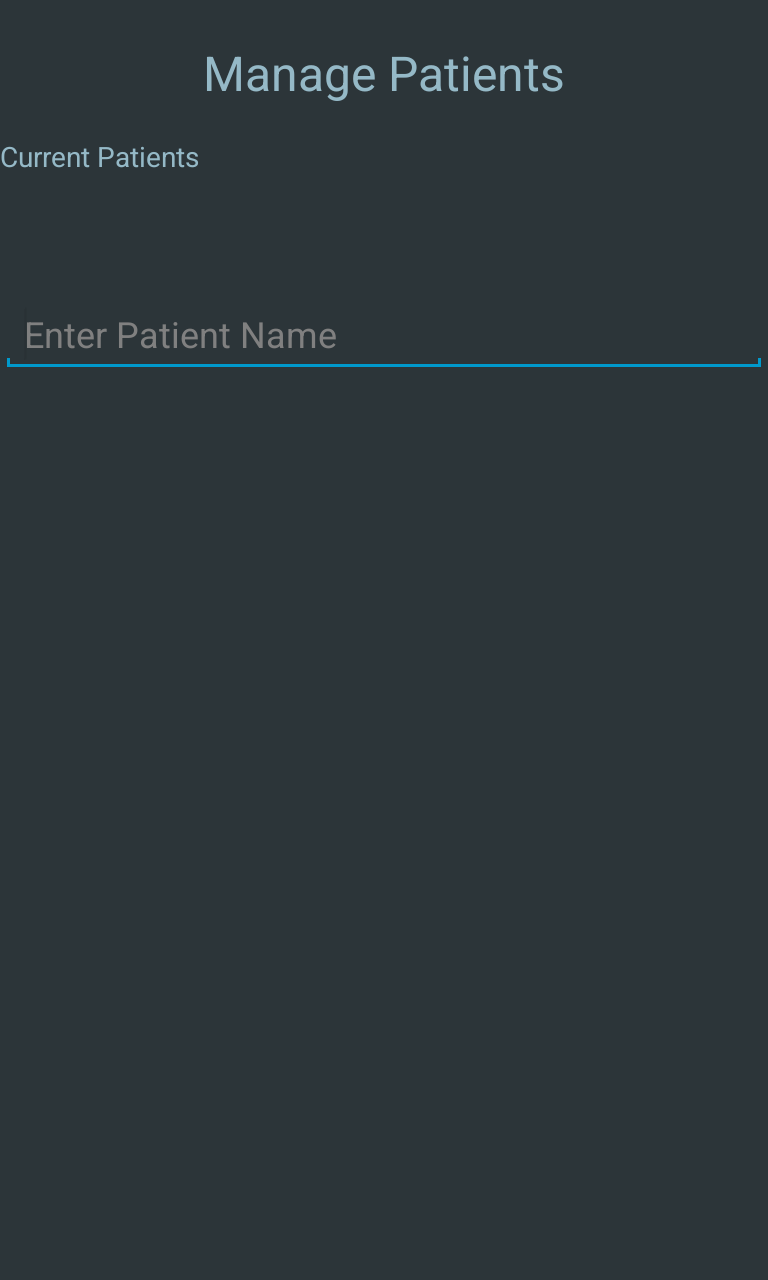
Repository: davidwiggy/MyWeek
Layout: MyWeek/res/layout/manage_clients.xml
These files come from the project's save history. The layout is drawn as it stood at one moment and after the next save; the edit follows.
It is drawn on a 768 x 1280 px phone screen (xhdpi) without system bars, with theme AppTheme; the app's code is not run. Lists and similar views that code fills are empty.

Above is the layout before, as saved 2013-10-29 01:43:01.

### MyWeek/res/layout/manage_clients.xml
<?xml version="1.0" encoding="utf-8"?>
<RelativeLayout xmlns:android="http://schemas.android.com/apk/res/android"
    android:layout_width="match_parent"
    android:layout_height="match_parent"
    android:background="@color/Gunmetal">

        <TextView
            android:id="@+id/manageClientsTitle"
            android:layout_width="wrap_content"
            android:layout_height="wrap_content"
            android:layout_alignParentTop="true"
            android:layout_centerHorizontal="true"
            android:layout_marginTop="20dp"
            android:textColor="@color/BabyBlue"
            android:textSize="24sp"
	        android:text="Manage Patients" />

       <TextView
           android:id="@+id/txtlblCurrentPatients"
           android:layout_width="wrap_content"
           android:layout_height="wrap_content"
           android:layout_below="@+id/manageClientsTitle"
           android:layout_marginTop="16dp"
           android:text="Current Patients"
           android:textColor="@color/BabyBlue" />
      <LinearLayout
          android:id="@+id/listViewHolderManageClients"
          android:layout_below="@id/txtlblCurrentPatients"
          android:layout_width="match_parent"
          android:layout_height="60dip">

	      <ListView
	           android:id="@android:id/list"
	           android:layout_width="match_parent"
	           android:layout_height="match_parent">
          </ListView>

       </LinearLayout>

       <EditText
           android:id="@+id/enter_patient_name"
           android:layout_width="match_parent"
           android:layout_height="wrap_content"
           android:layout_alignParentLeft="true"
           android:layout_below="@+id/listViewHolderManageClients"
           android:ems="10"
           android:hint="Enter Patient Name"
           android:inputType="textPersonName" >

           <requestFocus />
       </EditText>

</RelativeLayout>

### MyWeek/res/values/strings.xml
<?xml version="1.0" encoding="utf-8"?>
<resources>

    <string name="app_name">My Week</string>
    <string name="action_settings">Settings</string>
    <string name="lblFridayText">Friday</string>
    <string name="lblThursdayText">Thursday</string>
    <string name="lblWednesdayText">Wednesday</string>
    <string name="lblTuesdayText">Tuesday</string>
    <string name="lblMondayText">Monday</string>
    <string name="my_weekTitle">My Week</string>

    <color name="Gunmetal">#2C3539</color>
    <color name="BabyBlue">#95B9C7</color>
    <color name="orange">#ff5500</color>
    <color name="white">#ffffff</color>
  	<color name="transparent">#00000000</color>
 	<color name="date_color">#999999</color>
	<color name="black">#000000</color>
	<color name="gray">#999999</color>
	<color name="blue">#0066cc</color>
	<color name="gold">#e6b121</color>
	<color name="blueback">#99FFFF</color>
	<color name="articlecolor">#3399FF</color>
	<color name="article_title">#3399FF</color>
	<color name="cachecolor">#8ad0e8</color>


	<color name="yellow1">#F9E60E</color>
	<color name="yellow2">#F9F89D</color>
    <color name="orange4">#F7BE45</color>
    <color name="orange5">#F7D896</color>
    <color name="blue2">#19FCDA</color>
    <color name="blue25">#D9F7F2</color>
    <color name="grey05">#ACA899</color>
    <color name="white1">#FFFFFF</color>
    <color name="white2">#DDDDDD</color>
    <string-array name="days_array">
        <item >Select A Day</item>
        <item >Monday</item>
        <item >Tuesday</item>
        <item >Wednesday</item>
        <item >Thursday</item>
        <item >Friday</item>
    </string-array>
        <string name="lblselect_day">Select Day</string>
        <string name="lblButtonBack">Back</string>
        <string name="lblButtongo_to_day">Go To Day</string>
        <string name="btn_lbl_my_week_main">My Week</string>
        <string name="lbl_welcome_to_my_week_main">Welcome To My Week</string>
        <string name="txt_lbl_Totals_Main">Totals</string>
        <string name="btn_txt_lbl_Totals_Main">Totals</string>
        <string name="btn_lbl_Finished_Main">Finished</string>
        <string name="btn_lbl_manage_clients_main">Manage Clients</string>

</resources>

Loaded but not shown: MyWeek/res/values/styles.xml (common file); MyWeek/res/values-v11/styles.xml (common file); MyWeek/res/values-v14/styles.xml (common file)

After the next save:
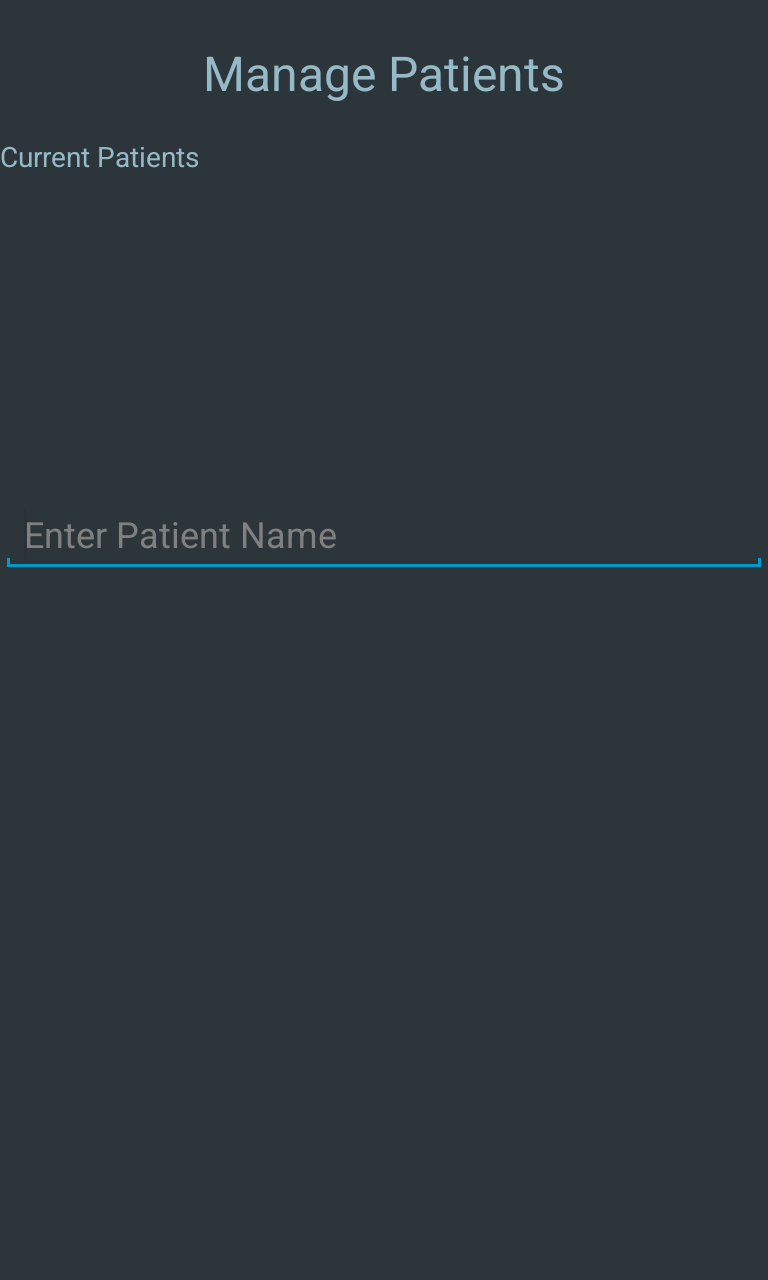
Saved 23 s later.
--- a/MyWeek/res/layout/manage_clients.xml
+++ b/MyWeek/res/layout/manage_clients.xml
@@ -27,7 +27,7 @@
           android:id="@+id/listViewHolderManageClients"
           android:layout_below="@id/txtlblCurrentPatients"
           android:layout_width="match_parent"
-          android:layout_height="60dip">
+          android:layout_height="160dip">
 
 	      <ListView
 	           android:id="@android:id/list"
